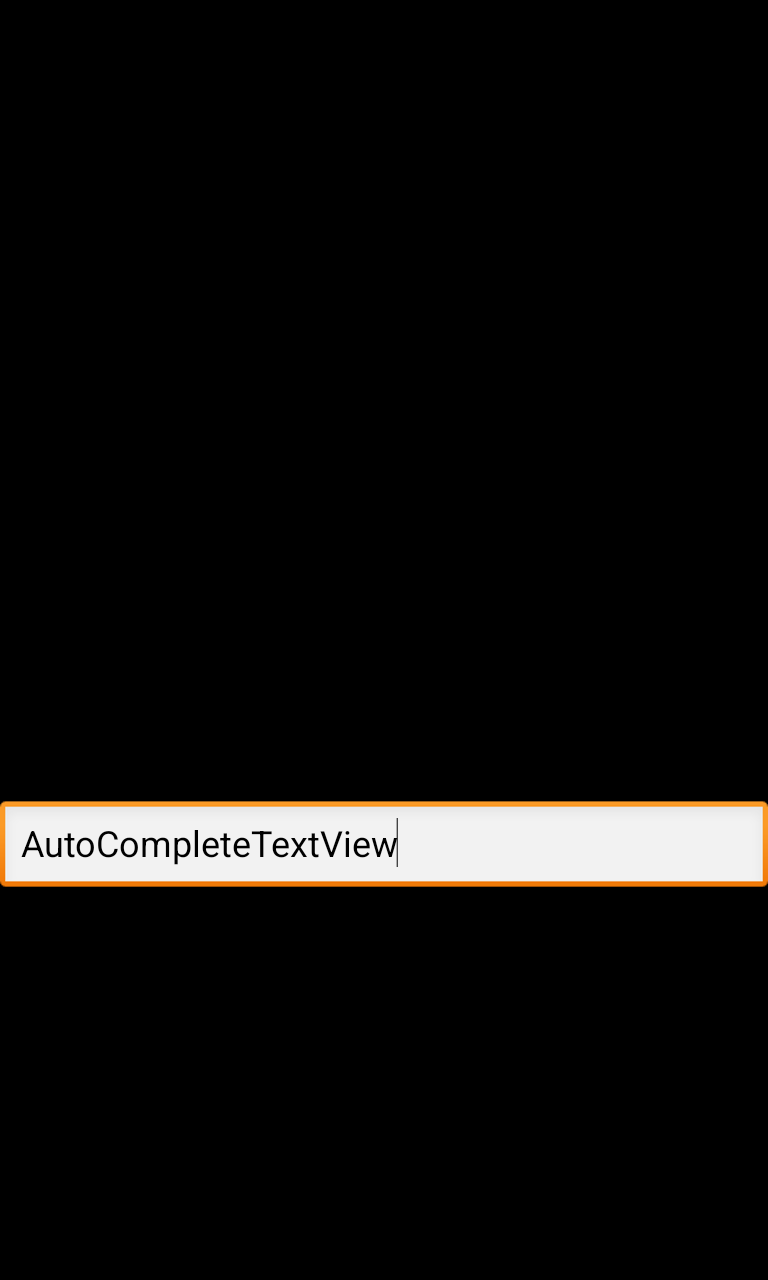
Repository: markminuth/Art-at-GVSU-Android-edition
Layout: version1.0/res/layout/search.xml
An editor plug-in stored every save of this project. The layout is shown before and after the next save, followed by the edit.
It is drawn on a 768 x 1280 px phone screen (xhdpi) without system bars, with theme android:Theme.NoTitleBar; the app's code is not run. Lists and similar views that code fills are empty.

Above is the layout before, as saved 2012-04-03 01:04:37.

### version1.0/res/layout/search.xml
<?xml version="1.0" encoding="utf-8"?>
<LinearLayout xmlns:android="http://schemas.android.com/apk/res/android"
    android:layout_width="fill_parent"
    android:layout_height="fill_parent"
    android:orientation="vertical" >

    <ListView
        android:id="@+id/searchList"
        android:layout_width="match_parent"
        android:layout_height="400dp" >
    </ListView>

    <AutoCompleteTextView
        android:id="@+id/autoCompleteTextView1"
        android:layout_width="match_parent"
        android:layout_height="wrap_content"
        android:text="AutoCompleteTextView" >

        <requestFocus />
    </AutoCompleteTextView>

</LinearLayout>

After the next save:
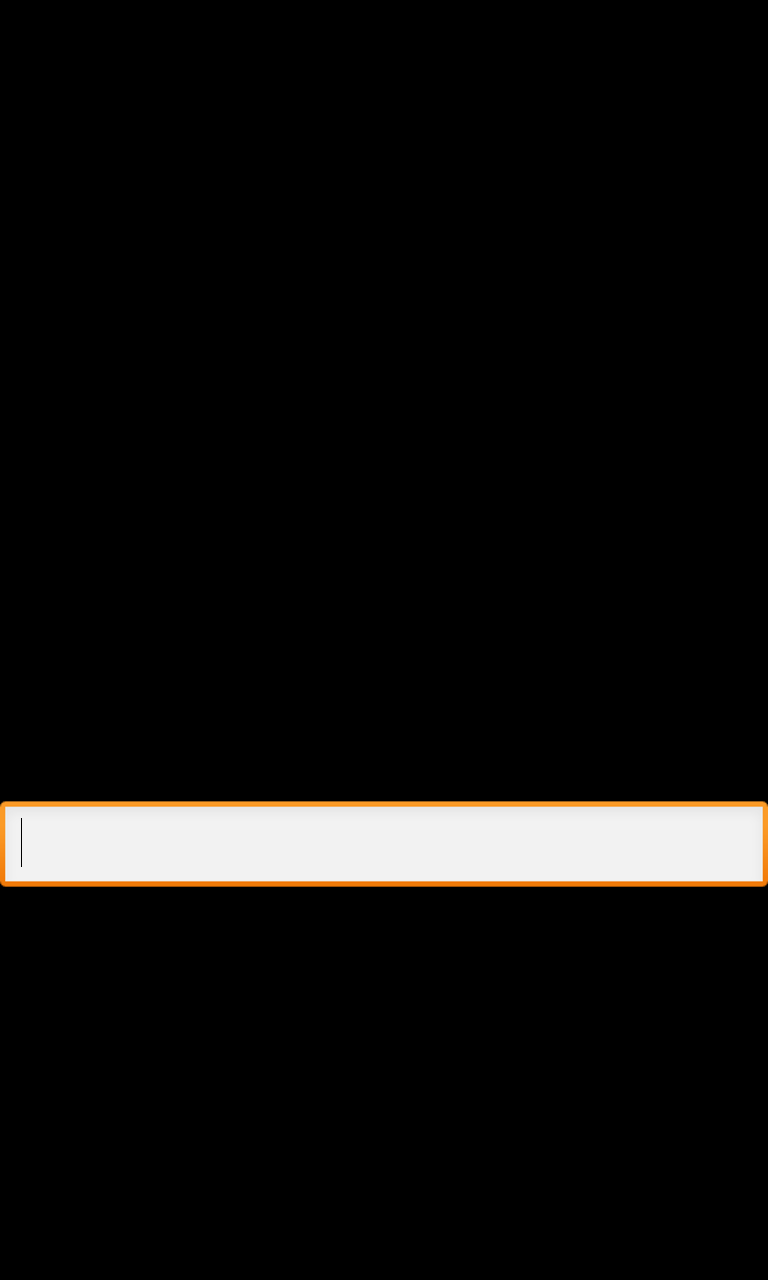
Saved 48 min 11 s later.
--- a/version1.0/res/layout/search.xml
+++ b/version1.0/res/layout/search.xml
@@ -10,13 +10,13 @@
         android:layout_height="400dp" >
     </ListView>
 
-    <AutoCompleteTextView
-        android:id="@+id/autoCompleteTextView1"
+    <EditText
+        android:id="@+id/editText"
         android:layout_width="match_parent"
-        android:layout_height="wrap_content"
-        android:text="AutoCompleteTextView" >
+        android:layout_height="wrap_content" >
 
         <requestFocus />
-    </AutoCompleteTextView>
+
+    </EditText>
 
 </LinearLayout>
